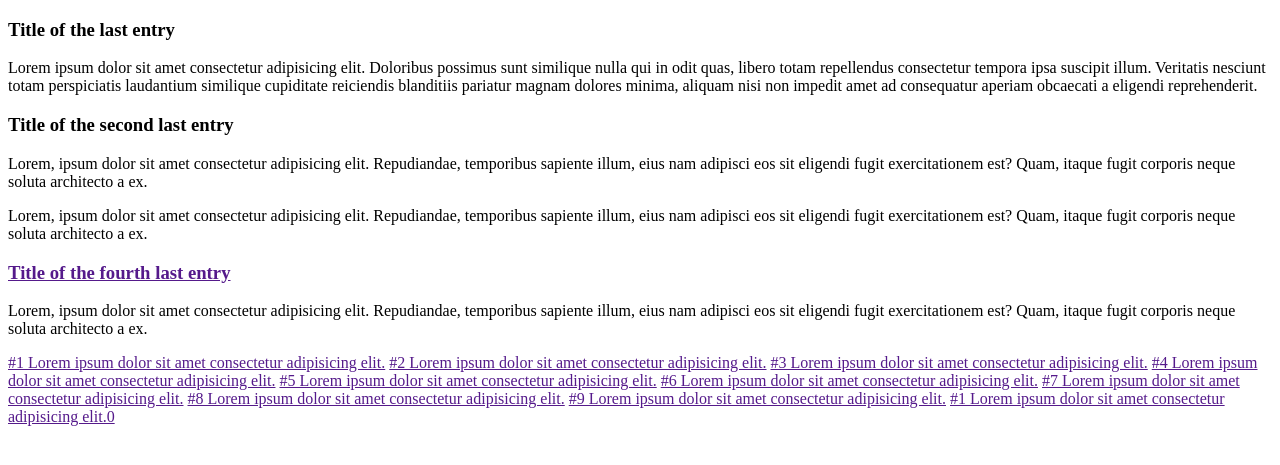
Repository: KikiMcArron/Don_Kiki_McArron
Page: index.html
The author's editor kept a copy of each file at every save. The page is drawn from the files as they stood at one save, then again after the next save.
The browser window is 1280 px wide. The pictures show the whole page.

Above is the page before, as saved 2022-04-10 19:25:35.

### index.html
<!DOCTYPE html>
<html lang="pl">

<head>
    <meta charset="UTF-8">
    <meta http-equiv="X-UA-Compatible" content="IE=edge">
    <meta name="viewport" content="width=device-width, initial-scale=1.0">
    <title>Document</title>
</head>

<body>
    <header>
        <nav></nav>
    </header>
    <main>
        <section class="last_entrie">
            <article>
                <h3>Title of the last entry</h3>
                <p>Lorem ipsum dolor sit amet consectetur adipisicing elit. Doloribus possimus sunt similique nulla qui in odit quas, libero totam repellendus consectetur tempora ipsa suscipit illum. Veritatis nesciunt totam
                    perspiciatis laudantium similique cupiditate reiciendis blanditiis pariatur magnam dolores minima,
                    aliquam nisi non impedit amet ad consequatur aperiam obcaecati a eligendi reprehenderit.</p>

            </article>
        </section>
        <section class="prev_entries">
            <article>
                <h3>Title of the second last entry</h3>
                <p>Lorem, ipsum dolor sit amet consectetur adipisicing elit. Repudiandae, temporibus sapiente illum,
                    eius nam adipisci eos sit eligendi fugit exercitationem est? Quam, itaque fugit corporis neque
                    soluta architecto a ex.</p>
                </article>
                <article>

                    <p>Lorem, ipsum dolor sit amet consectetur adipisicing elit. Repudiandae, temporibus sapiente illum,
                        eius nam adipisci eos sit eligendi fugit exercitationem est? Quam, itaque fugit corporis neque
                        soluta architecto a ex.</p>
                    </article>
                    <article>
                        <a href=""><h3>Title of the fourth last entry</h3></a>
                            <p>Lorem, ipsum dolor sit amet consectetur adipisicing elit. Repudiandae, temporibus sapiente illum,
                                eius nam adipisci eos sit eligendi fugit exercitationem est? Quam, itaque fugit corporis neque
                                soluta architecto a ex.</p>
            </article>
        </section>
        <section class="hitory_entries">
            <a href=""> #1 Lorem ipsum dolor sit amet consectetur adipisicing elit.</a>
            <a href=""> #2 Lorem ipsum dolor sit amet consectetur adipisicing elit.</a>
            <a href=""> #3 Lorem ipsum dolor sit amet consectetur adipisicing elit.</a>
            <a href=""> #4 Lorem ipsum dolor sit amet consectetur adipisicing elit.</a>
            <a href=""> #5 Lorem ipsum dolor sit amet consectetur adipisicing elit.</a>
            <a href=""> #6 Lorem ipsum dolor sit amet consectetur adipisicing elit.</a>
            <a href=""> #7 Lorem ipsum dolor sit amet consectetur adipisicing elit.</a>
            <a href=""> #8 Lorem ipsum dolor sit amet consectetur adipisicing elit.</a>
            <a href=""> #9 Lorem ipsum dolor sit amet consectetur adipisicing elit.</a>
            <a href=""> #1 Lorem ipsum dolor sit amet consectetur adipisicing elit.0</a>

        </section>
    </main>
    <aside class="notes"></aside>
    <aside class="projects"></aside>
    <footer></footer>
</body>

</html>

After the next save:
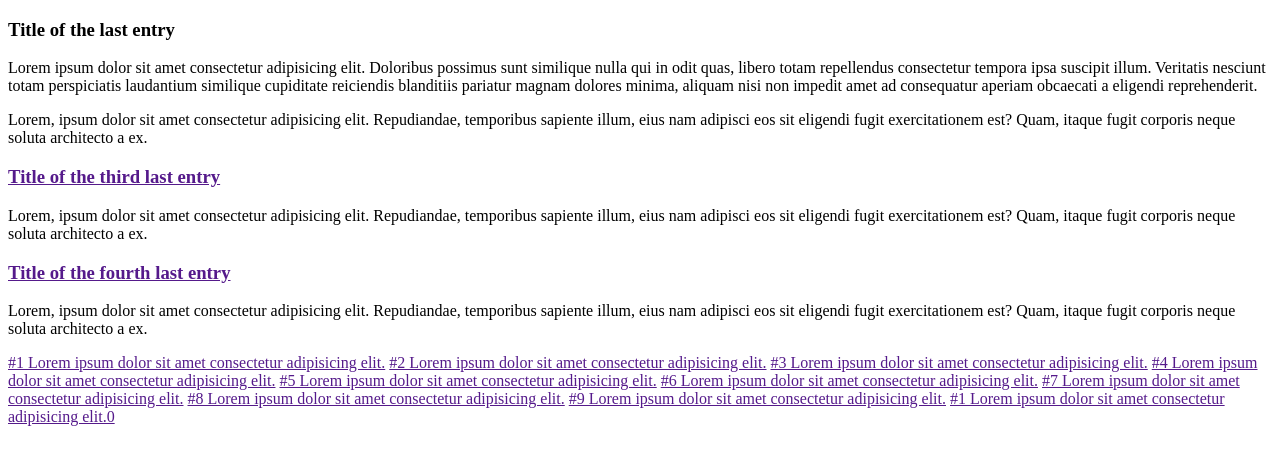
Saved 15 s later.
--- a/index.html
+++ b/index.html
@@ -24,13 +24,13 @@
         </section>
         <section class="prev_entries">
             <article>
-                <h3>Title of the second last entry</h3>
+                <a href=""></a>
                 <p>Lorem, ipsum dolor sit amet consectetur adipisicing elit. Repudiandae, temporibus sapiente illum,
                     eius nam adipisci eos sit eligendi fugit exercitationem est? Quam, itaque fugit corporis neque
                     soluta architecto a ex.</p>
                 </article>
                 <article>
-
+                    <a href=""><h3>Title of the third last entry</h3></a>
                     <p>Lorem, ipsum dolor sit amet consectetur adipisicing elit. Repudiandae, temporibus sapiente illum,
                         eius nam adipisci eos sit eligendi fugit exercitationem est? Quam, itaque fugit corporis neque
                         soluta architecto a ex.</p>
